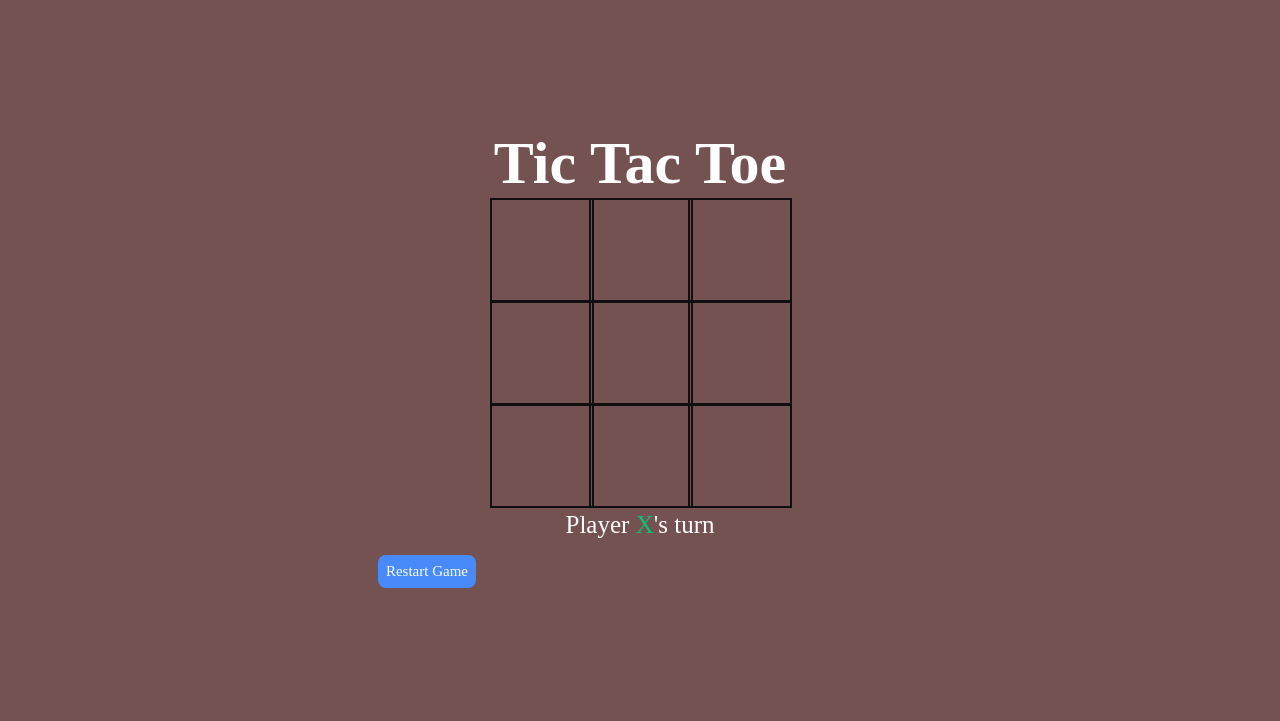
Repository: sedashahnazaryan/tic-tac-too
Page: index.html
These files come from the project's save history. The page is drawn as it stood at one moment and after a run of saves; the edit follows.
The browser window is 1280 px wide. The pictures show the whole page.

Above is the page before, as saved 2022-02-01 00:04:01.

### index.html
<!DOCTYPE html>
<html lang="en">
  <head>
    <meta charset="UTF-8" />
    <meta http-equiv="X-UA-Compatible" content="IE=edge" />
    <meta name="viewport" content="width=device-width, initial-scale=1.0" />
    <link rel="stylesheet" href="./index.css" />
    <title>Tic-Tac-Toe</title>
  </head>
  <main class="background">
    <section class="title">
        <h1>Tic Tac Toe</h1>
    </section>

    <section class="container">
        <div class="tile"></div>
        <div class="tile"></div>
        <div class="tile"></div>
        <div class="tile"></div>
        <div class="tile"></div>
        <div class="tile"></div>
        <div class="tile"></div>
        <div class="tile"></div>
        <div class="tile"></div>
    </section>
    <section class="display">
        Player <span class="display-player playerX">X</span>'s turn
    </section>
    <section class="display announcer hide"></section>
    <section class="controls">
        <button id="restart">Restart Game</button>
    </section>
</main>
  <body>
    <script src="index.js"></script>
  </body>
</html>

### index.css
* {
    padding: 0;
    margin: 0;
    font-family: 'Itim', cursive;
}
.background{
    background-color: #755252;
    height: 100vh;
    padding-top: 1px;
}
.title{
    color: white;
    text-align: center;
    font-size: 40px;
    margin-top: 10%;
}
.display
{
    color:white;
    font-size: 25px;
    text-align: center;
    margin-top: 1px;
    margin-bottom: 1pc;
}
.hide{
    display: none;
}
.container {
    margin: 0 auto;
    display: grid;
    grid-template-columns: 33% 33% 33%;
    grid-template-rows: 33% 33% 33%;
    max-width: 300px;
}
.tile {
    border: 2px solid rgb(15, 15, 15);
    min-width: 100px;
    min-height: 100px;
    display: flex;
    justify-content: center;
    align-items: center;
    font-size: 50px;
    cursor: pointer;
}
.playerX {
    color: #09C372;
}

.playerO {
    color: #498AFB;
}
.contrtols{
    display: flex;
    flex-direction: row;
    justify-content:center;
    align-items: center;
    margin-top: 1cm;
}
#restart{
    background-color: #498AFB;
    color: white;
    padding: 8px;
    border-radius: 8px;
    border: none;
    font-size: 15px;
    margin-left: 10cm;
    cursor: pointer;

}

### index.js
let board =[
    ["-","-","-"],
    ["-","-","-"],
    ["-","-","-"]
];
let boardStr =board[0].join(" ")+
"\n"+
board[1].join(" ")+
"\n"+
board[2].join(" ");

After the next 2 saves:
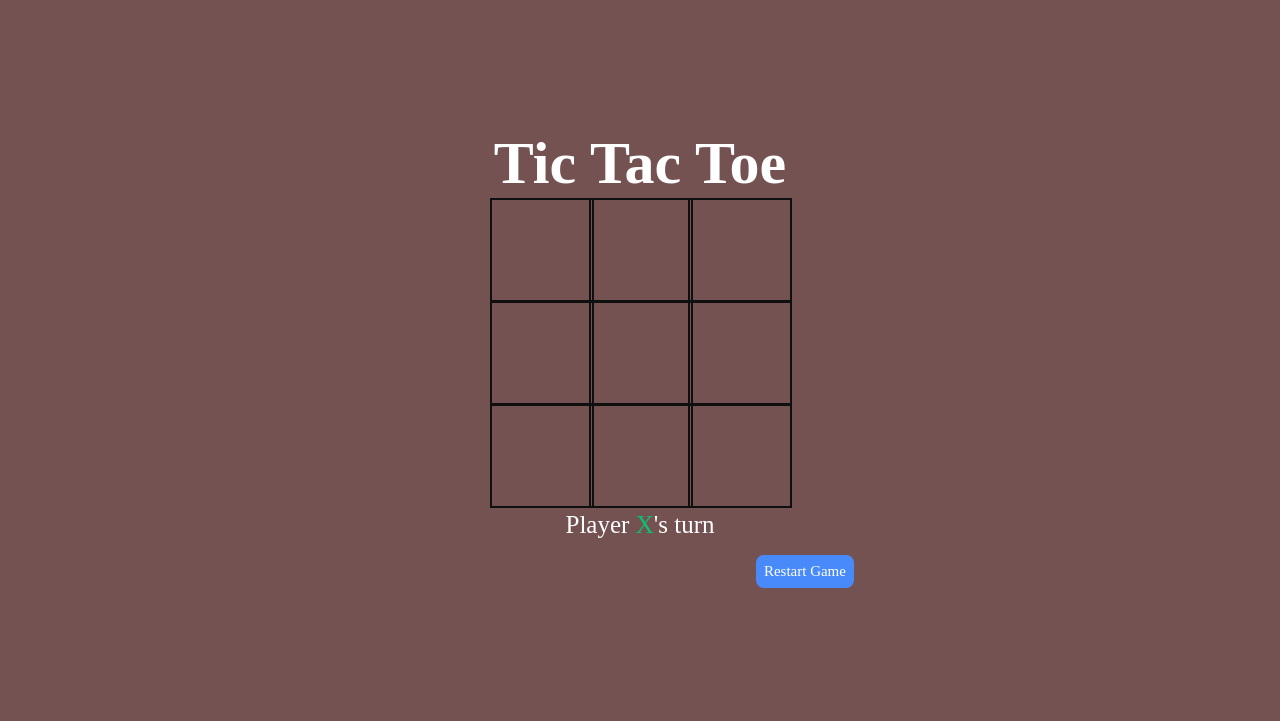
The 2 saves are shown as one change because they came seconds apart.
The last was saved 7 s later.
--- a/index.css
+++ b/index.css
@@ -63,7 +63,7 @@
     border-radius: 8px;
     border: none;
     font-size: 15px;
-    margin-left: 10cm;
+    margin-left: 20cm;
     cursor: pointer;
 
 }
